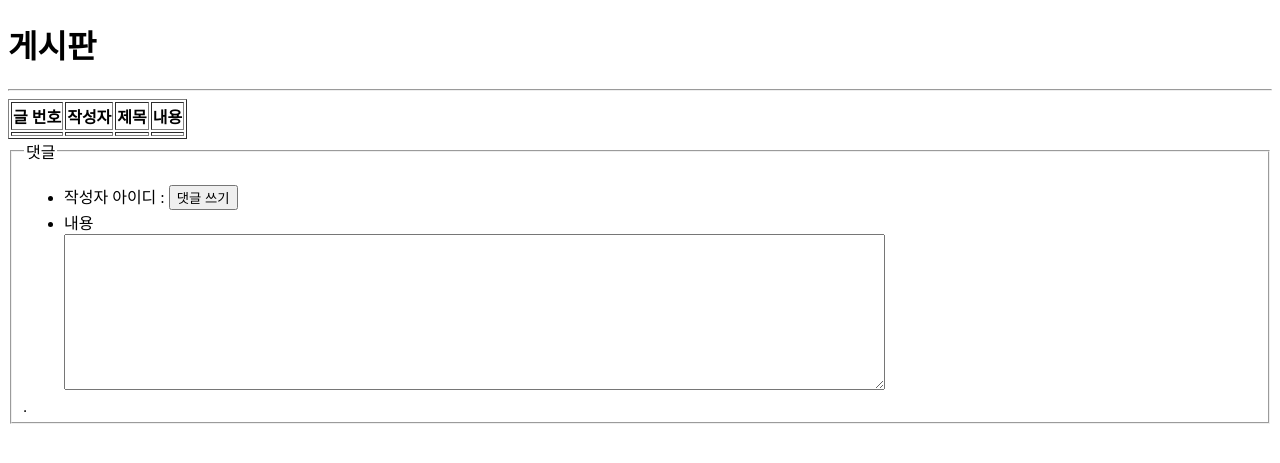
Repository: khy4701/JavaServerPage-Servlet
Page: http://localhost/07.BoardProejct/View.jsp
An editor plug-in stored every save of this project. The page is shown before and after the next save, followed by the edit.
The browser window is 1280 px wide. The pictures show the whole page.
The page is served by Tomcat 9.

Above is the page before, as saved 2016-07-27 00:47:44.

After the next save:
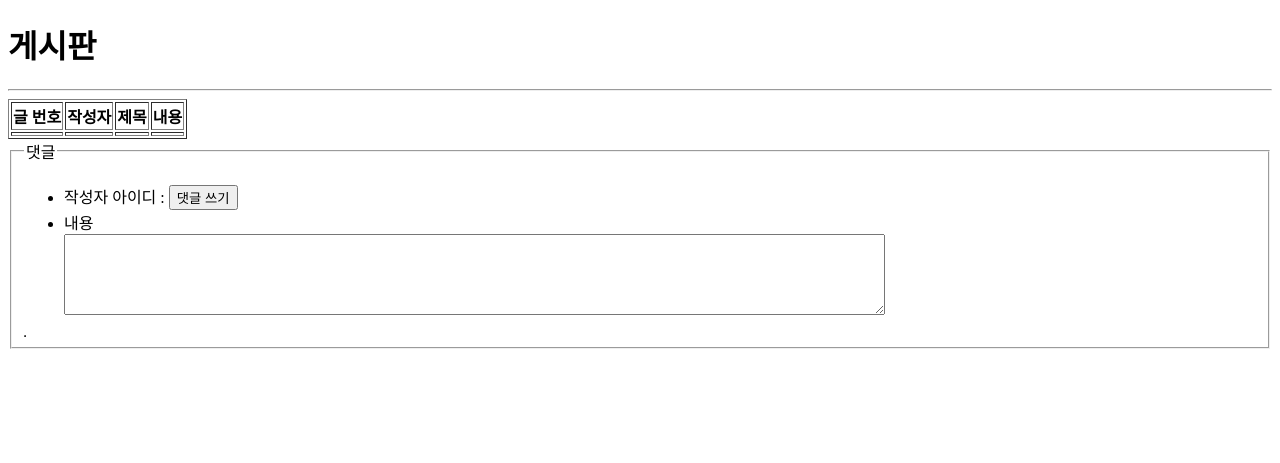
Saved 9 s later.
--- a/07.BoardProejct/WebContent/View.jsp
+++ b/07.BoardProejct/WebContent/View.jsp
@@ -31,7 +31,7 @@
 	<legend>댓글 </legend>
 		<ul>
 			<li>작성자 아이디 : ${content.id} <input type="button" value="댓글 쓰기"> </li>
-			<li>내용 <br><textarea rows="10" cols="100" name="content"></textarea></li>
+			<li>내용 <br><textarea rows="5" cols="100" name="content"></textarea></li>
 		</ul>
 
 	<table border="1">
